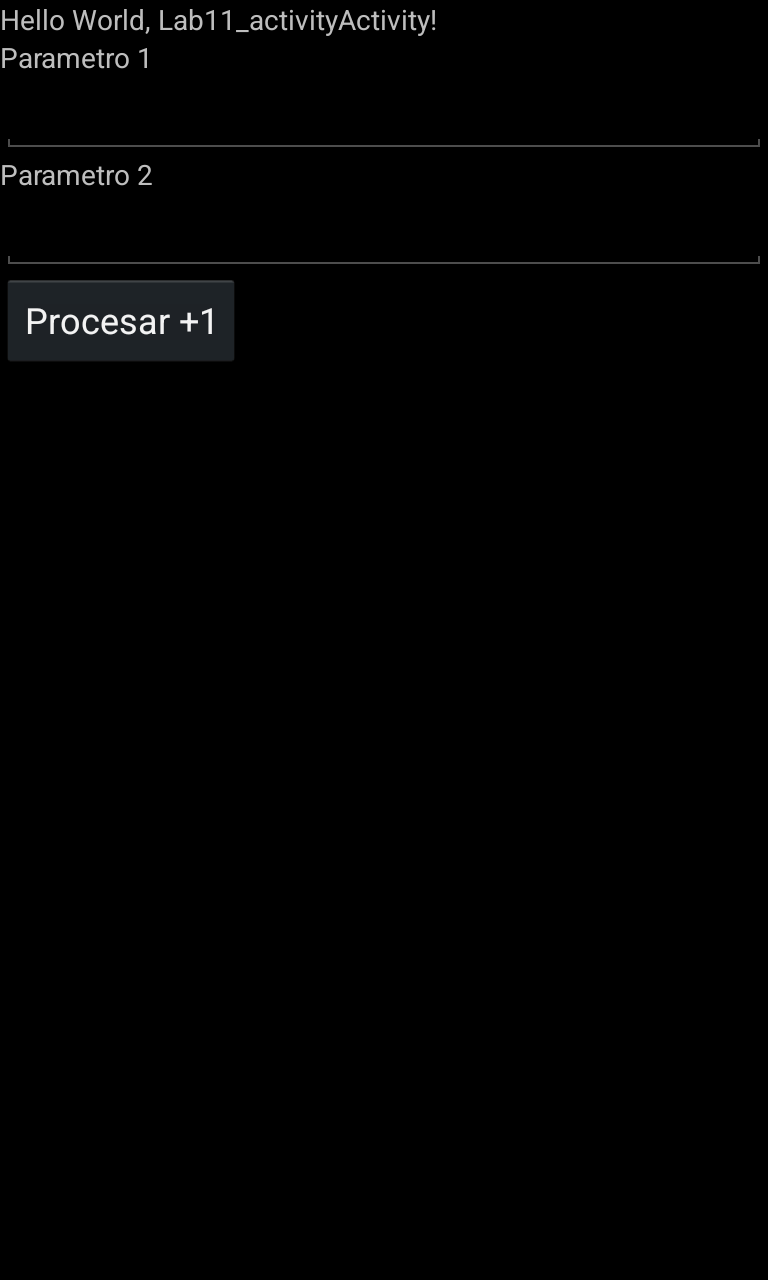
Repository: dorisserruto/un_exercises
Layout: javaandroid/Recursos/workspace-profe/lab11_activity/res/layout/main.xml
The author's editor kept a copy of each file at every save. The layout is drawn from the files as they stood at one save, then again after the next save.
It is drawn on a 768 x 1280 px phone screen (xhdpi) without system bars, with theme android:Theme.Holo; the app's code is not run.

Above is the layout before, as saved 2012-06-24 00:15:35.

After the next save:
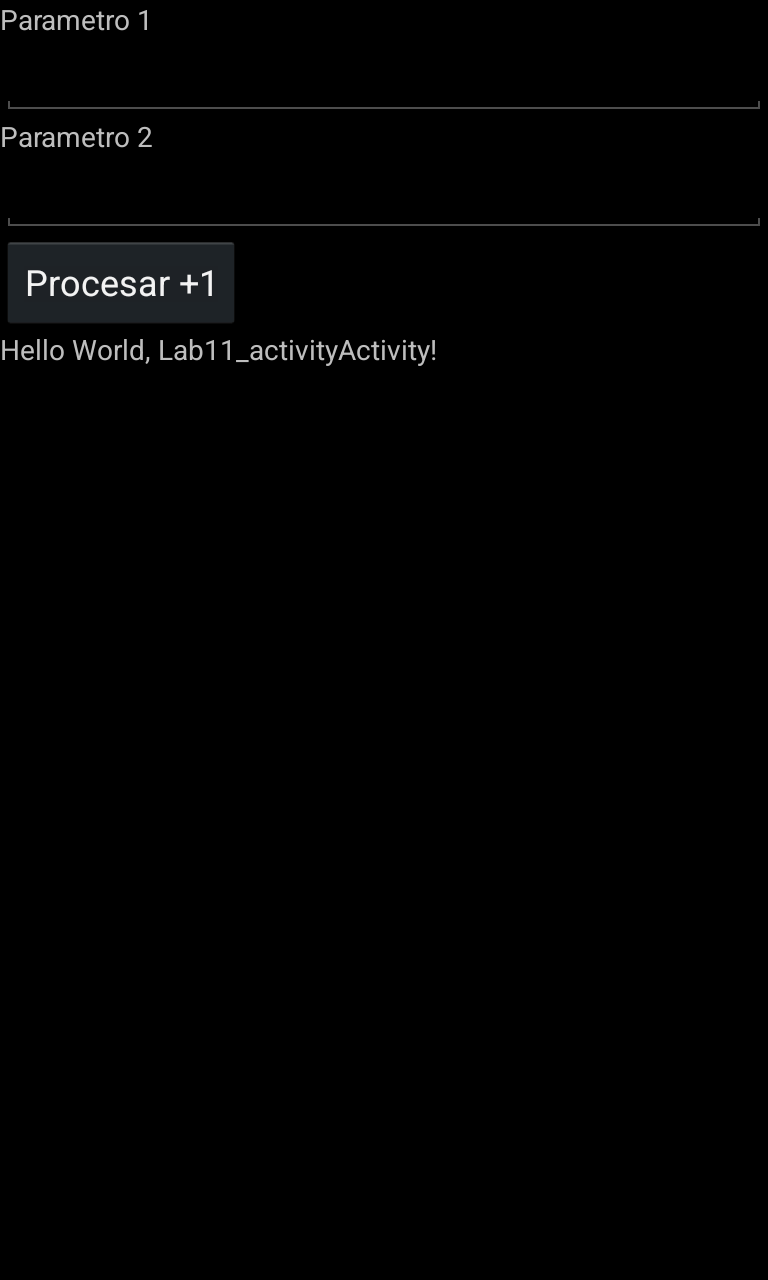
Saved 25 s later.
--- a/javaandroid/Recursos/workspace-profe/lab11_activity/res/layout/main.xml
+++ b/javaandroid/Recursos/workspace-profe/lab11_activity/res/layout/main.xml
@@ -3,12 +3,6 @@
     android:layout_width="fill_parent"
     android:layout_height="fill_parent"
     android:orientation="vertical" >
-
-    <TextView
-        android:id="@+id/tvResultado"
-        android:layout_width="fill_parent"
-        android:layout_height="wrap_content"
-        android:text="@string/hello" />
 
     <TextView
         android:id="@+id/textView1"
@@ -44,4 +38,10 @@
         android:layout_height="wrap_content"
         android:text="Procesar +1" />
 
+    <TextView
+        android:id="@+id/tvResultado"
+        android:layout_width="fill_parent"
+        android:layout_height="wrap_content"
+        android:text="@string/hello" />
+
 </LinearLayout>
